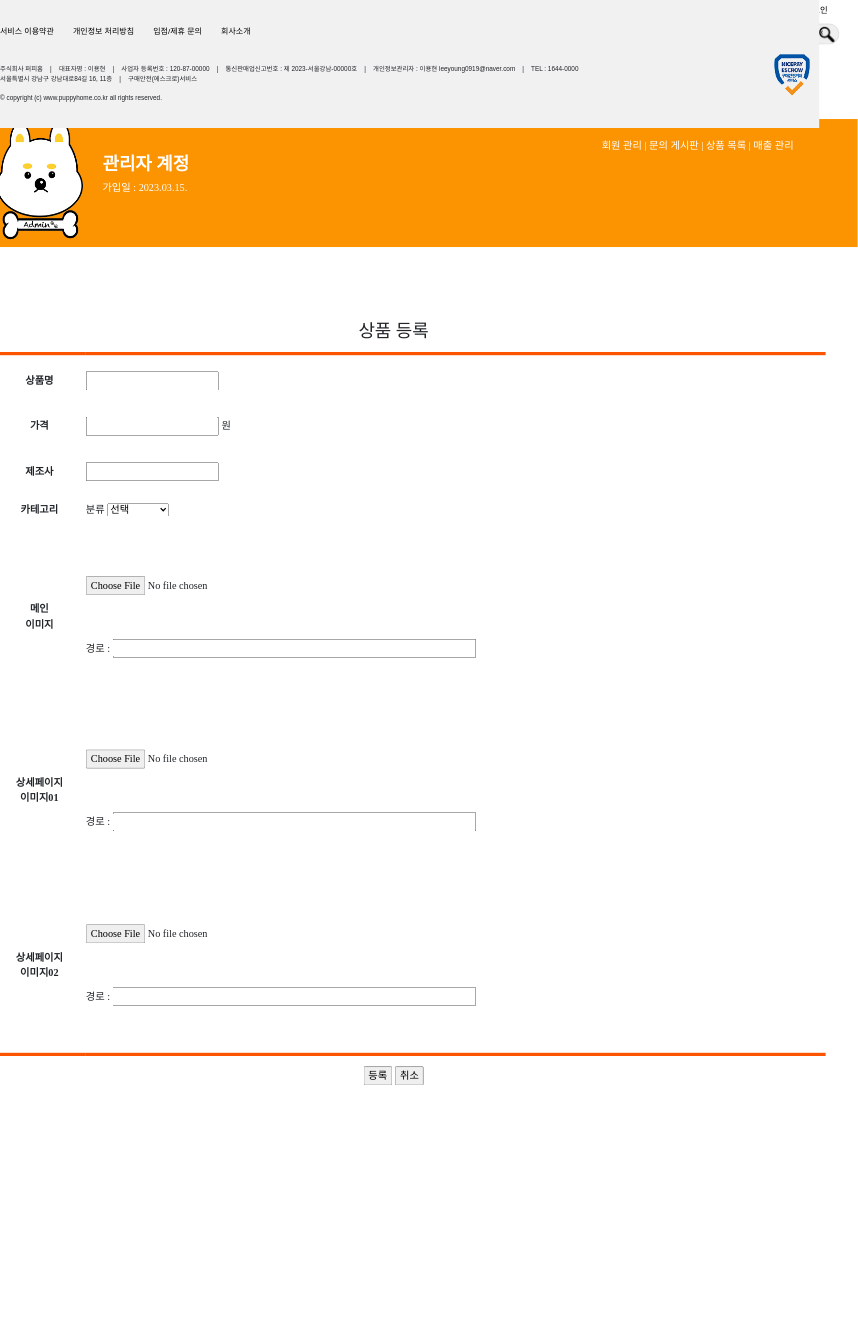
Repository: jiyekim315/puppyhome-shoppingmall
Page: http://localhost/Puppyhome/page/product/productRegister.jsp
These files come from the project's save history. The page is drawn as it stood at one moment and after the next save; the edit follows.
The browser window is 1280 px wide. The page is 1340 px wide, so the pictures cover 1340 px, including what lies to the right of the window. The pictures show the whole page, at 64% of full size.
Some web fonts or font styles are not loaded; a fallback is used. The page is served by Tomcat 9.

Above is the page before, as saved 2023-04-20 14:06:24.

After the next save:
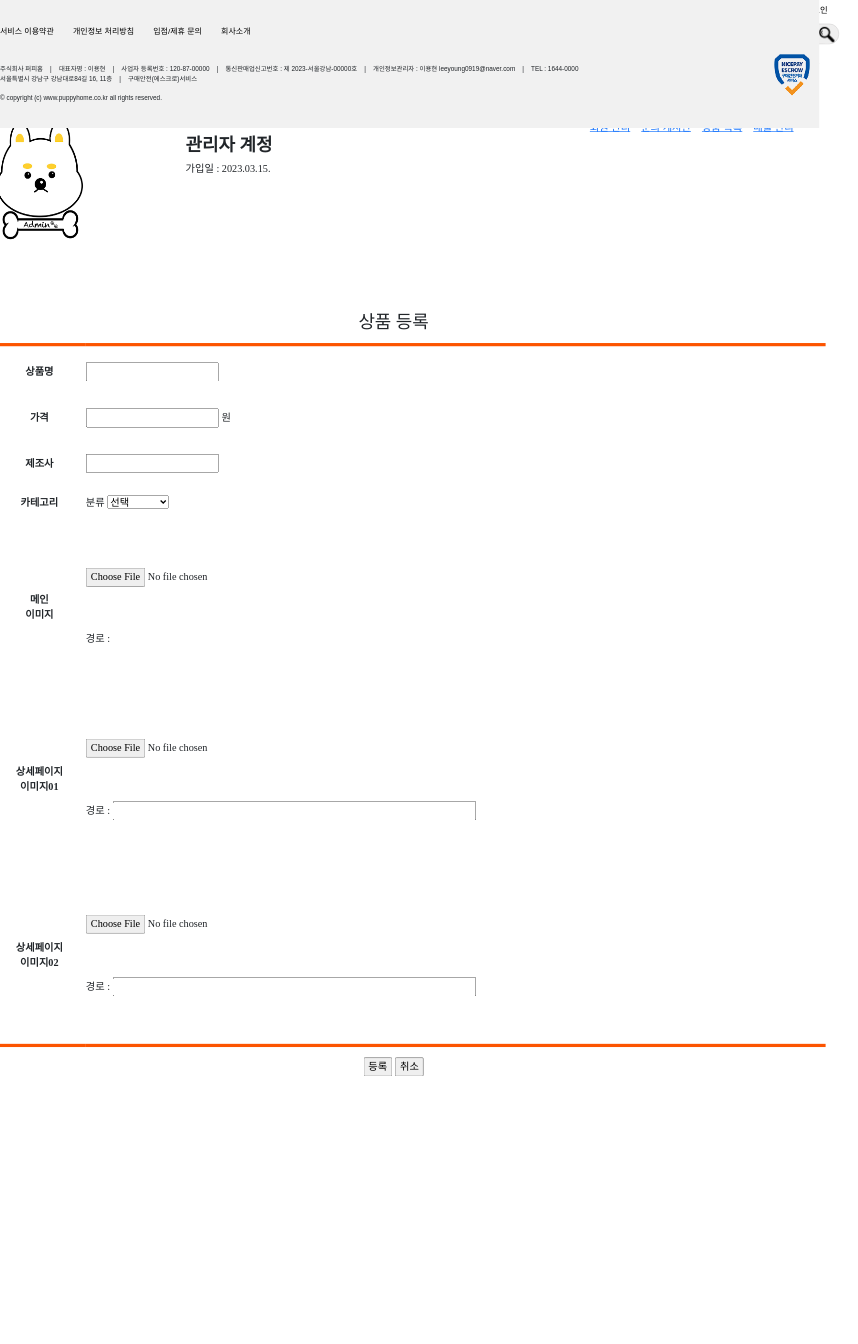
Saved 3 min 27 s later.
--- a/Shopping/Puppyhome/WebContent/page/product/productRegister.jsp
+++ b/Shopping/Puppyhome/WebContent/page/product/productRegister.jsp
@@ -15,56 +15,71 @@
 <link rel="stylesheet" type="text/css" href="<%=request.getContextPath()%>/page/product/css/productRegister.css"/>
 <style type="text/css">
 @charset "UTF-8";
-/* admin계정 UI */
-
-/* 관리자 메인이미지  */
-.adminMainpage {
+/* 폰트 CSS */
+@font-face {
+	font-family: 'KIMM_Bold';
+	src: url('https://cdn.jsdelivr.net/gh/projectnoonnu/noonfonts_2212@1.0/KIMM_Bold.woff2') format('woff2'); /* CDN 절대링크  */
+	font-weight: 700;
+	font-style: normal;
+}
+/* 되도록 안건드리는 영역 */
+* {
+	box-sizing: border-box;
+	-webkit-box-sizing: border-box;
+	-moz-box-sizing: border-box;
+}
+html {
+	height: 100%;
+}
+body {
+	margin: 0px;
+	height: 100%;
+	padding: 0px;
+}
+header {
+	width: 100%;
+    position: fixed;
+	z-index: 2;
+}
+footer {
+	bottom: 0;
+	z-index: 5;
+	position: relative;
+}
+.wrap {
+	margin-top: -110px;
+	min-height: 100%;
+    position: relative;
+}
+.main {
 	width: 1400px;
-	height: 300px;
-	position: relative;
+	height: 2000px; /* UI 개발할 때 각 페이지에 맡게 해당 영역 px수치 수정해야함 */
+	position : relative;
+	top: 105px;
 	left: 50%;
-	transform: translateX(-50%);
-}
-
-.profile_img {
+       transform: translateX( -50% );
+	background-color: white;  /* 영역 보기 편하라고 배경색 지정함 : 하얀색 */
+}
+section {
+	height: 2000px; /* UI 개발할 때 각 페이지에 맡게 해당 영역 px수치 수정해야함 */
+	/* background-color: rgb(236, 226, 202); 영역 보기 편하라고 배경색 지정함 : 연주황 */
+}
+/* 클리어 */
+.clear {
+	clear: both;
+}
+/* 밑의 영역부터 css시작 */
+.container {
+	width: 100%;
+}
+/* 상품 목록 */
+.product{
 	width: 1400px;
-	height: 200px;
+	height: 80px;
+	padding-top: 50px;
 	padding-left: 50px;
 	padding-right: 100px;
-	background-color: #fc9300;
-}
-
-/*Admin Page 지정*/
-.name {
-	padding-top: 30px;
-	padding-left: 10px;
-	padding-right: 1000px;
-	font-family: 'KIMM_Bold';
-}
-
-.myinfo {
-	padding-left: 170px;
-	padding-right: 100px;
-	font-family: 'KIMM_Bold';
-	color: white;
-}
-
-.myinfo_date {
-	padding-left: 170px;
-	padding-right: 100px;
-	font-family: 'KIMM_Bold';
-	color: white;
-}
-
-.meau {
-	padding-top: 30px;
-	padding-left: 800px;
-	font-family: 'KIMM_Bold';
-}
-
-.meau a {
-	color: white;
-	text-decoration: none;
+	font-family: 'KIMM_Bold';
 }
 /* 상품 등록 리스트 테두리 */
 .productTitle {
@@ -99,6 +114,26 @@
 	background-color: #FC5400;
 	color: #fff;
 }
+#imagesrc01  {
+	text-decoration: underline;
+	border: none;
+	background: transparent;
+}
+#imagersrc02{
+	text-decoration: underline;
+	border: none;
+	background: transparent;
+}
+#imagersrc03{
+	text-decoration: underline;
+	border: none;
+	background: transparent;
+}
+.cont {
+	width: 1200px;
+}
+
+
 </style>
 
 </head>

After the save that followed:
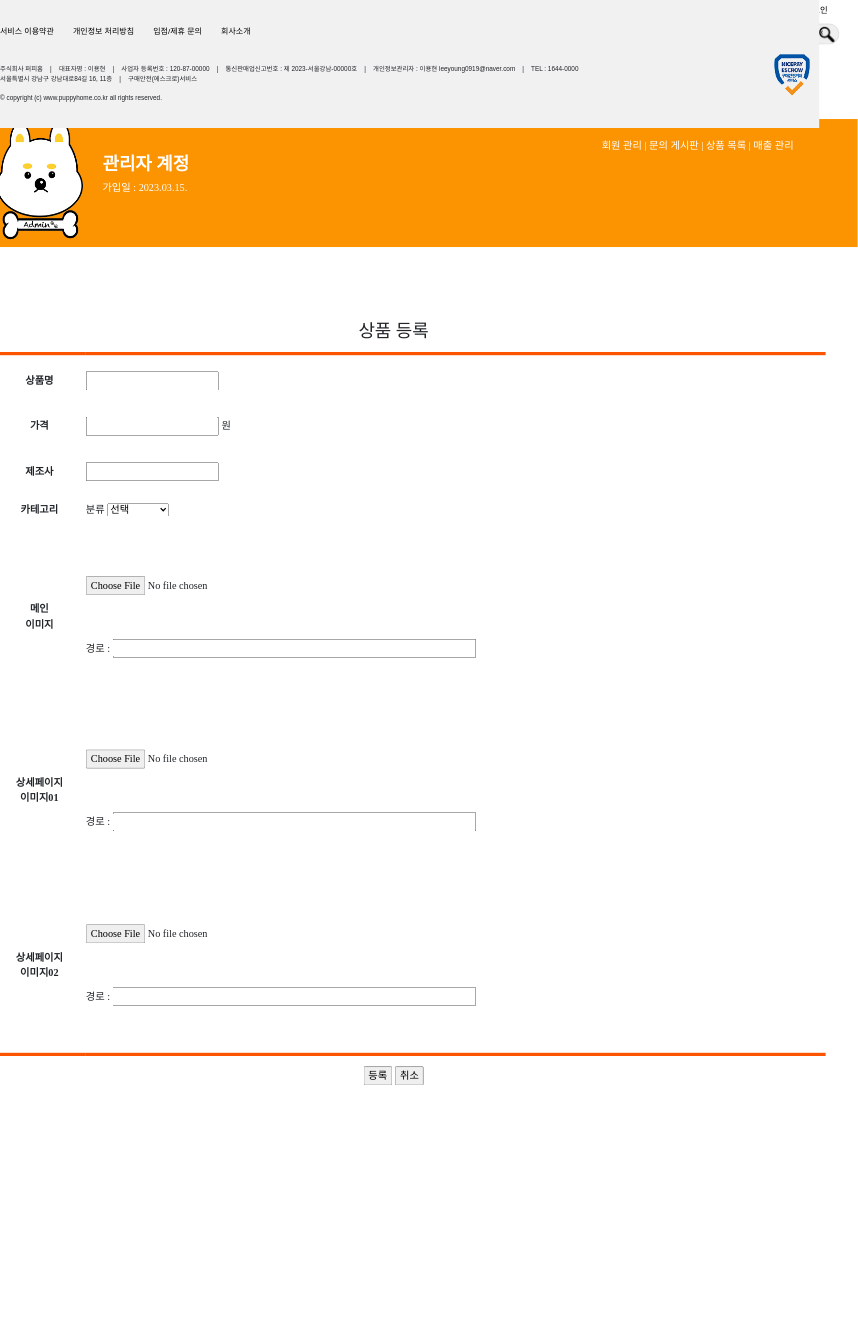
Saved 93 s later.
--- a/Shopping/Puppyhome/WebContent/page/product/productRegister.jsp
+++ b/Shopping/Puppyhome/WebContent/page/product/productRegister.jsp
@@ -15,71 +15,56 @@
 <link rel="stylesheet" type="text/css" href="<%=request.getContextPath()%>/page/product/css/productRegister.css"/>
 <style type="text/css">
 @charset "UTF-8";
-/* 폰트 CSS */
-@font-face {
-	font-family: 'KIMM_Bold';
-	src: url('https://cdn.jsdelivr.net/gh/projectnoonnu/noonfonts_2212@1.0/KIMM_Bold.woff2') format('woff2'); /* CDN 절대링크  */
-	font-weight: 700;
-	font-style: normal;
-}
-/* 되도록 안건드리는 영역 */
-* {
-	box-sizing: border-box;
-	-webkit-box-sizing: border-box;
-	-moz-box-sizing: border-box;
-}
-html {
-	height: 100%;
-}
-body {
-	margin: 0px;
-	height: 100%;
-	padding: 0px;
-}
-header {
-	width: 100%;
-    position: fixed;
-	z-index: 2;
-}
-footer {
-	bottom: 0;
-	z-index: 5;
+/* admin계정 UI */
+
+/* 관리자 메인이미지  */
+.adminMainpage {
+	width: 1400px;
+	height: 300px;
 	position: relative;
-}
-.wrap {
-	margin-top: -110px;
-	min-height: 100%;
-    position: relative;
-}
-.main {
+	left: 50%;
+	transform: translateX(-50%);
+}
+
+.profile_img {
 	width: 1400px;
-	height: 2000px; /* UI 개발할 때 각 페이지에 맡게 해당 영역 px수치 수정해야함 */
-	position : relative;
-	top: 105px;
-	left: 50%;
-       transform: translateX( -50% );
-	background-color: white;  /* 영역 보기 편하라고 배경색 지정함 : 하얀색 */
-}
-section {
-	height: 2000px; /* UI 개발할 때 각 페이지에 맡게 해당 영역 px수치 수정해야함 */
-	/* background-color: rgb(236, 226, 202); 영역 보기 편하라고 배경색 지정함 : 연주황 */
-}
-/* 클리어 */
-.clear {
-	clear: both;
-}
-/* 밑의 영역부터 css시작 */
-.container {
-	width: 100%;
-}
-/* 상품 목록 */
-.product{
-	width: 1400px;
-	height: 80px;
-	padding-top: 50px;
+	height: 200px;
 	padding-left: 50px;
 	padding-right: 100px;
-	font-family: 'KIMM_Bold';
+	background-color: #fc9300;
+}
+
+/*Admin Page 지정*/
+.name {
+	padding-top: 30px;
+	padding-left: 10px;
+	padding-right: 1000px;
+	font-family: 'KIMM_Bold';
+}
+
+.myinfo {
+	padding-left: 170px;
+	padding-right: 100px;
+	font-family: 'KIMM_Bold';
+	color: white;
+}
+
+.myinfo_date {
+	padding-left: 170px;
+	padding-right: 100px;
+	font-family: 'KIMM_Bold';
+	color: white;
+}
+
+.meau {
+	padding-top: 30px;
+	padding-left: 800px;
+	font-family: 'KIMM_Bold';
+}
+
+.meau a {
+	color: white;
+	text-decoration: none;
 }
 /* 상품 등록 리스트 테두리 */
 .productTitle {
@@ -114,26 +99,6 @@
 	background-color: #FC5400;
 	color: #fff;
 }
-#imagesrc01  {
-	text-decoration: underline;
-	border: none;
-	background: transparent;
-}
-#imagersrc02{
-	text-decoration: underline;
-	border: none;
-	background: transparent;
-}
-#imagersrc03{
-	text-decoration: underline;
-	border: none;
-	background: transparent;
-}
-.cont {
-	width: 1200px;
-}
-
-
 </style>
 
 </head>
